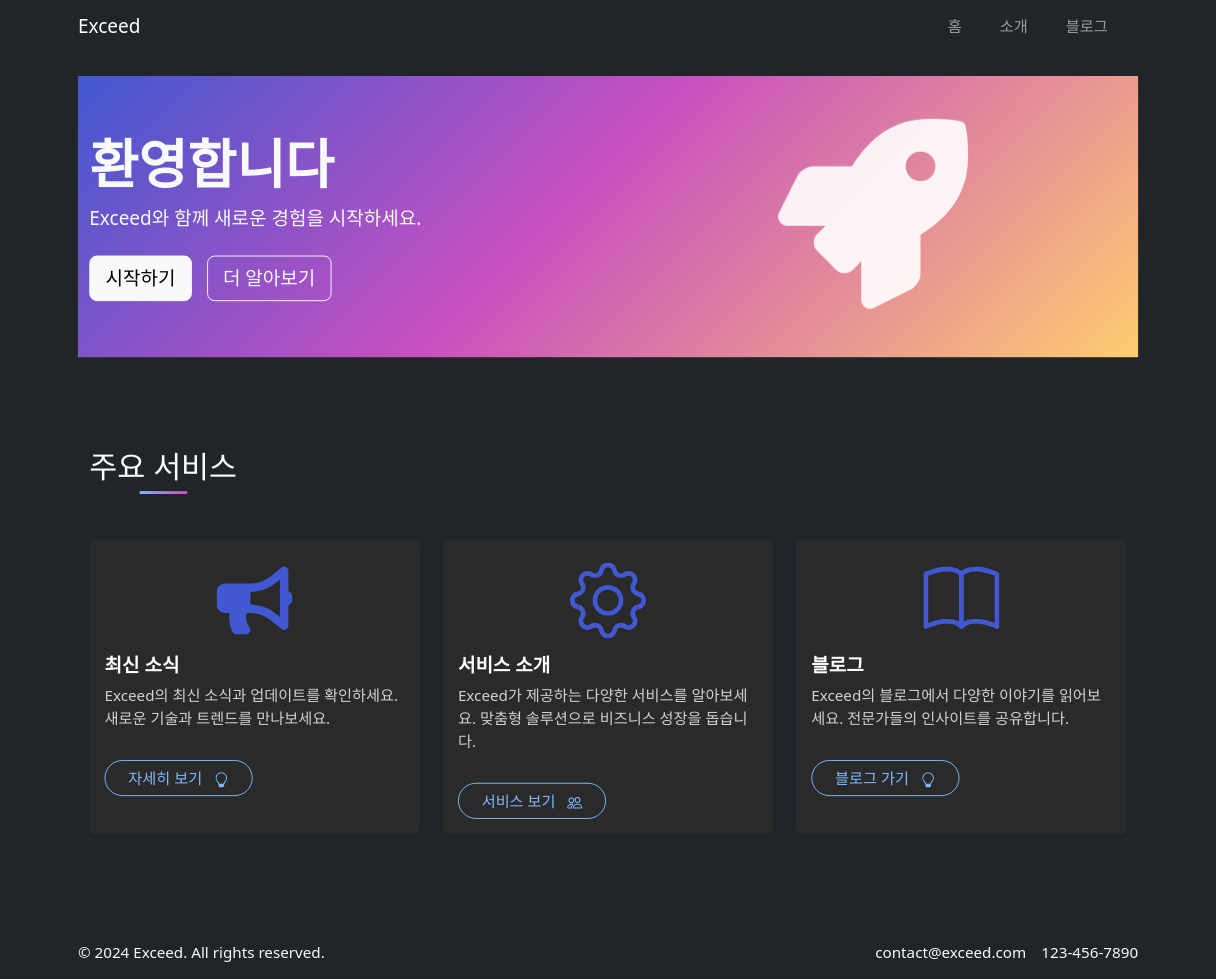
Repository: somej-123/exceed
Page: /
The author's editor kept a copy of each file at every save. The page is drawn from the files as they stood at one save, then again after the next save.
The browser window is 1280 px wide. The pictures show the whole page, at 95% of full size.
The project was rebuilt for these pictures with package versions that can differ from the ones it lists, and the page was loaded fresh each time. Also part of the build but not shown: vite.config.ts, src/pages/Info.tsx, src/pages/Blog.tsx, src/styles/layout.css.

Above is the page before, as saved 2025-03-23 19:46:02.

### src/App.tsx
import { BrowserRouter as Router, Routes, Route } from 'react-router-dom';
import Layout from './components/Layout';
import Home from './pages/Home';
import Info from './pages/Info';
import Blog from './pages/Blog';
import 'bootstrap/dist/css/bootstrap.min.css';

function App() {
  return (
    <Router>
      <Routes>
        <Route path="/" element={<Layout />}>
          <Route index element={<Home />} />
          <Route path="info" element={<Info />} />
          <Route path="blog" element={<Blog />} />
        </Route>
      </Routes>
    </Router>
  );
}

export default App;

### src/components/Layout.tsx
import { Container } from 'react-bootstrap';
import Header from './Header';
import Footer from './Footer';
import { Outlet } from 'react-router-dom';

const Layout = () => {
  return (
    <div className="d-flex flex-column min-vh-100 bg-dark text-light">
      <Header />
      <Container className="flex-grow-1 py-4">
        <Outlet />
      </Container>
      <Footer />

      {/* 다크모드 전역 스타일 */}
      <style>{`
        body {
          background-color: #1a1a1a;
          color: #ffffff;
        }

        .card {
          background-color: #2a2a2a;
          border: none;
          color: #ffffff;
        }

        .card .card-title {
          color: #ffffff;
        }

        .card .card-text {
          color: #d1d1d1;
        }

        .btn-outline-primary {
          color: #7eb9ff;
          border-color: #7eb9ff;
        }

        .btn-outline-primary:hover {
          background-color: #7eb9ff;
          color: #1a1a1a;
        }

        .text-muted {
          color: #b0b0b0 !important;
        }

        .section-title {
          color: #ffffff !important;
        }

        .section-title::after {
          background: linear-gradient(to right, #7eb9ff, #c850c0);
        }
      `}</style>
    </div>
  );
};

export default Layout;

### src/pages/Home.tsx
import { Container, Row, Col, Card, Button } from 'react-bootstrap';
import { FaRocket, FaBullhorn } from 'react-icons/fa';
import { BsLightbulb, BsBook, BsGear, BsPeople } from 'react-icons/bs';

const Home = () => {
  return (
    <>
      {/* 히어로 섹션 */}
      <div className="hero-section text-light py-5 mb-5">
        <Container>
          <Row className="align-items-center">
            <Col md={6} className="mb-4 mb-md-0">
              <h1 className="display-4 fw-bold">환영합니다</h1>
              <p className="lead mb-4">Exceed와 함께 새로운 경험을 시작하세요.</p>
              <Button variant="light" size="lg" className="me-3">시작하기</Button>
              <Button variant="outline-light" size="lg">더 알아보기</Button>
            </Col>
            <Col md={6} className="text-center">
              <FaRocket size={200} className="hero-icon" />
            </Col>
          </Row>
        </Container>
      </div>

      {/* 주요 서비스 섹션 */}
      <Container className="py-5">
        <h2 className="text-center mb-5 section-title">주요 서비스</h2>
        <Row>
          <Col md={4} className="mb-4">
            <Card className="h-100 shadow-sm hover-card border-0">
              <div className="text-center pt-4">
                <FaBullhorn size={80} className="service-icon" />
              </div>
              <Card.Body>
                <Card.Title className="fw-bold">최신 소식</Card.Title>
                <Card.Text>
                  Exceed의 최신 소식과 업데이트를 확인하세요.
                  새로운 기술과 트렌드를 만나보세요.
                </Card.Text>
                <Button variant="outline-primary" className="mt-3 rounded-pill">
                  자세히 보기 <BsLightbulb className="ms-2" />
                </Button>
              </Card.Body>
            </Card>
          </Col>
          <Col md={4} className="mb-4">
            <Card className="h-100 shadow-sm hover-card border-0">
              <div className="text-center pt-4">
                <BsGear size={80} className="service-icon" />
              </div>
              <Card.Body>
                <Card.Title className="fw-bold">서비스 소개</Card.Title>
                <Card.Text>
                  Exceed가 제공하는 다양한 서비스를 알아보세요.
                  맞춤형 솔루션으로 비즈니스 성장을 돕습니다.
                </Card.Text>
                <Button variant="outline-primary" className="mt-3 rounded-pill">
                  서비스 보기 <BsPeople className="ms-2" />
                </Button>
              </Card.Body>
            </Card>
          </Col>
          <Col md={4} className="mb-4">
            <Card className="h-100 shadow-sm hover-card border-0">
              <div className="text-center pt-4">
                <BsBook size={80} className="service-icon" />
              </div>
              <Card.Body>
                <Card.Title className="fw-bold">블로그</Card.Title>
                <Card.Text>
                  Exceed의 블로그에서 다양한 이야기를 읽어보세요.
                  전문가들의 인사이트를 공유합니다.
                </Card.Text>
                <Button variant="outline-primary" className="mt-3 rounded-pill">
                  블로그 가기 <BsLightbulb className="ms-2" />
                </Button>
              </Card.Body>
            </Card>
          </Col>
        </Row>
      </Container>

      {/* CSS 스타일 */}
      <style>{`
        .hero-section {
          background: linear-gradient(135deg, #4158D0 0%, #C850C0 46%, #FFCC70 100%);
          position: relative;
          overflow: hidden;
        }

        .hero-icon {
          animation: float 3s ease-in-out infinite;
          color: rgba(255, 255, 255, 0.9);
        }

        .section-title {
          color: #333;
          position: relative;
          display: inline-block;
          padding-bottom: 10px;
        }

        .section-title::after {
          content: '';
          position: absolute;
          width: 50px;
          height: 3px;
          bottom: 0;
          left: 50%;
          transform: translateX(-50%);
          background: linear-gradient(to right, #4158D0, #C850C0);
        }

        .service-icon {
          color: #4158D0;
          transition: color 0.3s ease;
        }

        .hover-card {
          transition: all 0.3s ease-in-out;
          background: #fff;
        }

        .hover-card:hover {
          transform: translateY(-5px);
          box-shadow: 0 10px 20px rgba(0,0,0,0.1) !important;
        }

        .hover-card:hover .service-icon {
          color: #C850C0;
        }

        @keyframes float {
          0% { transform: translateY(0px); }
          50% { transform: translateY(-20px); }
          100% { transform: translateY(0px); }
        }

        .rounded-pill {
          padding-left: 1.5rem;
          padding-right: 1.5rem;
        }
      `}</style>
    </>
  );
};

export default Home;

### src/components/Header.tsx
import { Navbar, Nav, Container } from 'react-bootstrap';
import { Link } from 'react-router-dom';

const Header = () => {
  return (
    <Navbar bg="dark" variant="dark" expand="lg">
      <Container>
        <Navbar.Brand as={Link} to="/">Exceed</Navbar.Brand>
        <Navbar.Toggle aria-controls="basic-navbar-nav" />
        <Navbar.Collapse id="basic-navbar-nav">
          <Nav className="ms-auto">
            <Nav.Link as={Link} className="me-4" to="/">홈</Nav.Link>
            <Nav.Link as={Link} className="me-4" to="/info">소개</Nav.Link>
            <Nav.Link as={Link} className="me-4" to="/blog">블로그</Nav.Link>
          </Nav>
        </Navbar.Collapse>
      </Container>
    </Navbar>
  );
};

export default Header;

### src/components/Footer.tsx
import { Container, Row, Col } from 'react-bootstrap';

const Footer = () => {
  return (
    <footer className="bg-dark text-light py-3 mt-auto">
      <Container>
        <Row className="align-items-center">
          <Col md={6} className="text-center text-md-start">
            <p className="mb-0">&copy; 2024 Exceed. All rights reserved.</p>
          </Col>
          <Col md={6} className="text-center text-md-end">
            <a href="mailto:contact@exceed.com" className="text-light text-decoration-none me-3">
              contact@exceed.com
            </a>
            <a href="tel:123-456-7890" className="text-light text-decoration-none">
              123-456-7890
            </a>
          </Col>
        </Row>
      </Container>
    </footer>
  );
};

export default Footer;

Loaded but not shown: index.html (common file); src/main.tsx (common file)

After the next save:
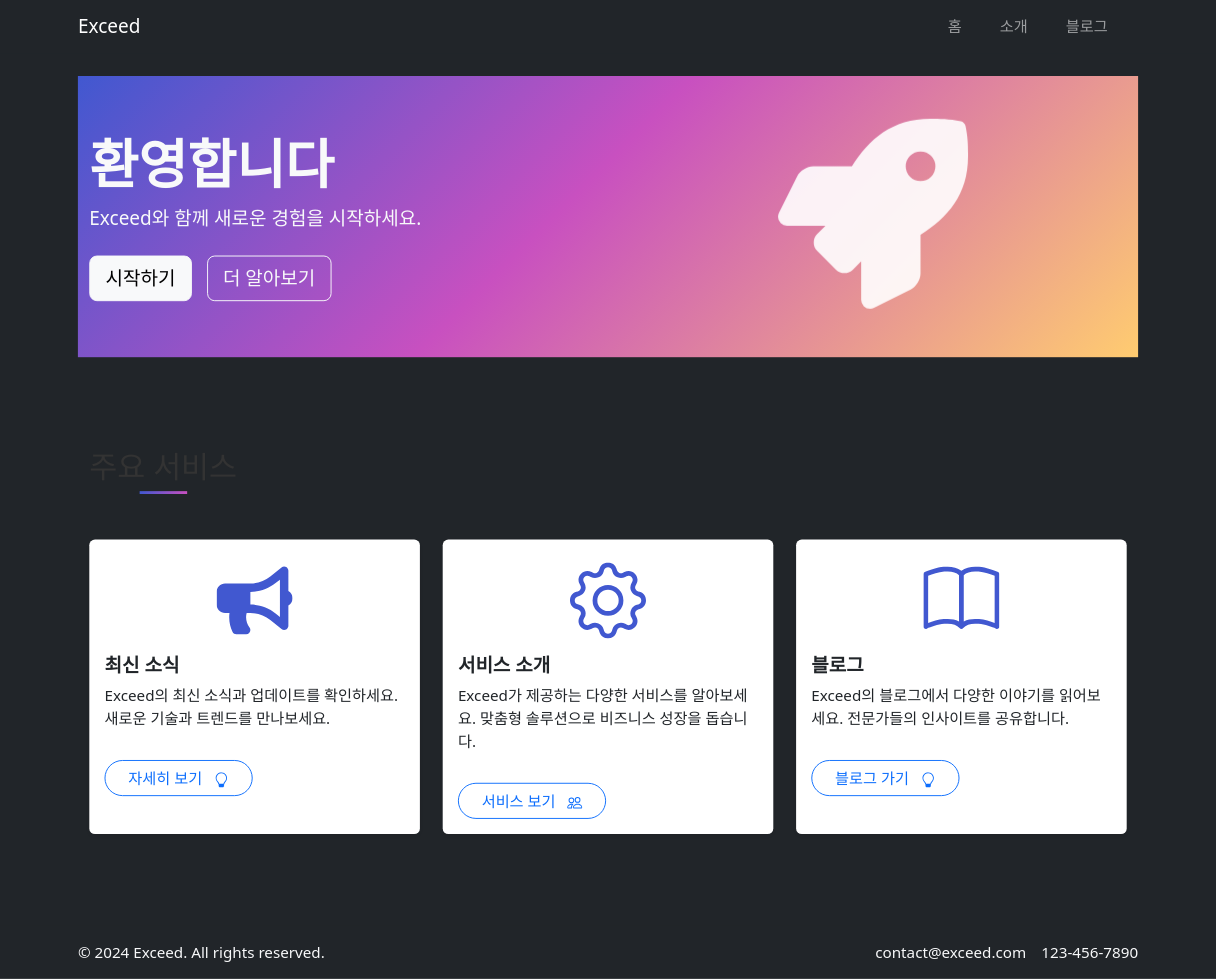
Saved 1 s later.
--- a/src/components/Layout.tsx
+++ b/src/components/Layout.tsx
@@ -2,6 +2,7 @@ import { Container } from 'react-bootstrap';
 import Header from './Header';
 import Footer from './Footer';
 import { Outlet } from 'react-router-dom';
+import '../styles/layout.css';
 
 const Layout = () => {
   return (
@@ -11,50 +12,6 @@ const Layout = () => {
         <Outlet />
       </Container>
       <Footer />
-
-      {/* 다크모드 전역 스타일 */}
-      <style>{`
-        body {
-          background-color: #1a1a1a;
-          color: #ffffff;
-        }
-
-        .card {
-          background-color: #2a2a2a;
-          border: none;
-          color: #ffffff;
-        }
-
-        .card .card-title {
-          color: #ffffff;
-        }
-
-        .card .card-text {
-          color: #d1d1d1;
-        }
-
-        .btn-outline-primary {
-          color: #7eb9ff;
-          border-color: #7eb9ff;
-        }
-
-        .btn-outline-primary:hover {
-          background-color: #7eb9ff;
-          color: #1a1a1a;
-        }
-
-        .text-muted {
-          color: #b0b0b0 !important;
-        }
-
-        .section-title {
-          color: #ffffff !important;
-        }
-
-        .section-title::after {
-          background: linear-gradient(to right, #7eb9ff, #c850c0);
-        }
-      `}</style>
     </div>
   );
 };
